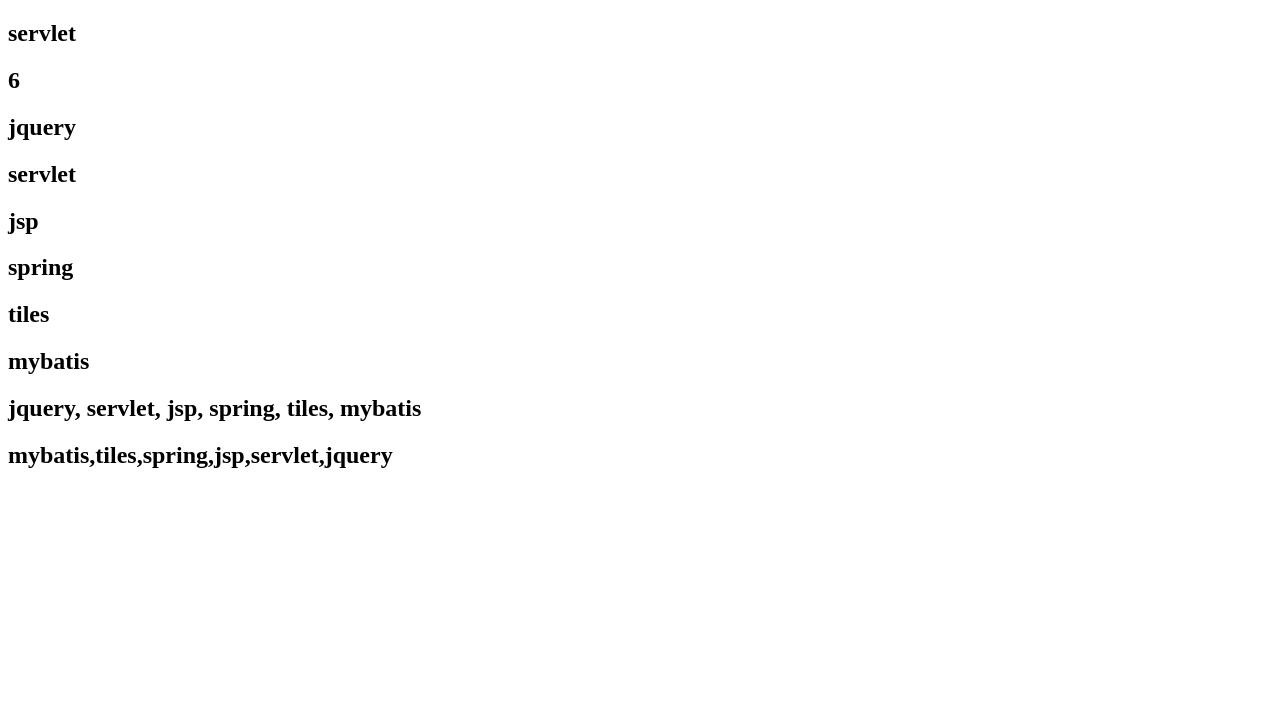
Repository: insunkang/JSP
Page: clientweb/WebContent/js_basic/js_array_test01.html
The author's editor kept a copy of each file at every save. The page is drawn from the files as they stood at one save, then again after the next save.
The browser window is 1280 px wide. The pictures show the whole page.

Above is the page before, as saved 2020-01-08 02:29:05.

After the next save:
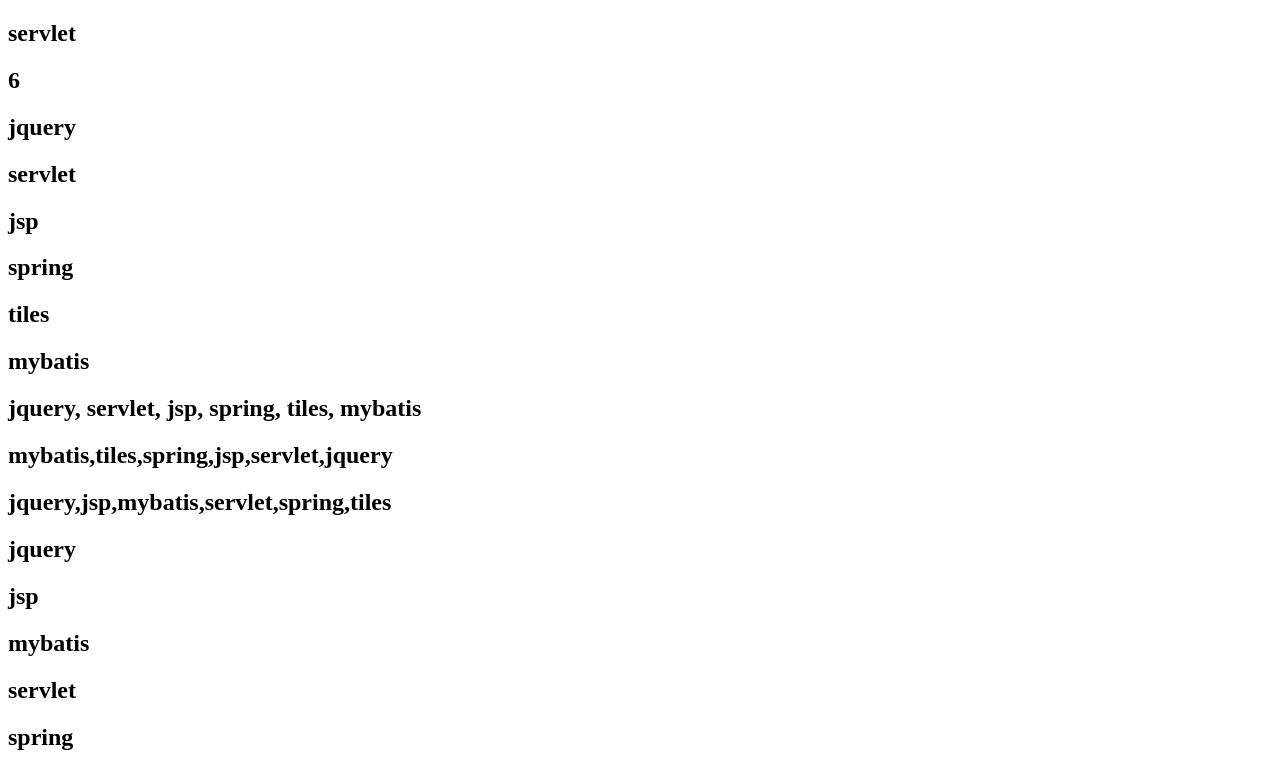
Saved 2 min 1 s later.
--- a/clientweb/WebContent/js_basic/js_array_test01.html
+++ b/clientweb/WebContent/js_basic/js_array_test01.html
@@ -22,6 +22,14 @@
 		}
 		document.write("<h2>"+myarr.join(", ")+"</h2>");
 		document.write("<h2>"+myarr.reverse()+"</h2>");
+		document.write("<h2>"+myarr.sort()+"</h2>");
+
+		//배열의 선언과 생성과 초기화를 한 번에 작업
+		myarr2 = new Array(30,21,22,55,100);
+		for(i=0;i<myarr2.length;i++){
+			document.write("<h2>"+myarr[i]+"</h2>");
+
+		}
 	</script>
 </body>
 </html>
